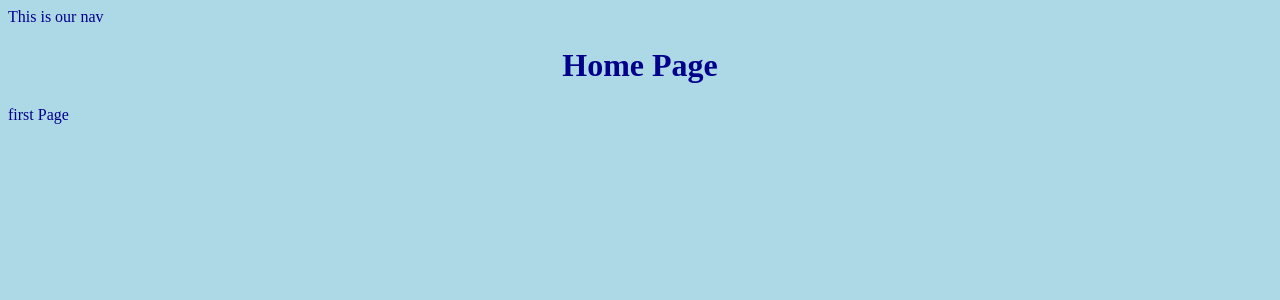
Repository: Trishna2005Das/Django-tutorial
Page: http://localhost/
These files come from the project's save history. The page is drawn as it stood at one moment and after the next save; the edit follows.
The browser window is 1280 px wide. The pictures show the whole page.
The page is served by the project's application, run on Django 5.2 (tutorial/manage.py). Other server files are loaded and not shown.

Above is the page before, as saved 2025-01-10 01:30:18.

### tutorial/templates/website/index.html
{% extends "layout.html" %}

{% block <title></title> %} Home Page {% endblock %}


{% block content %} <h1>Home Page</h1>first Page {% endblock %}

### tutorial/templates/layout.html
{% load static %}
<!DOCTYPE html>
<html lang="en">
<head>
    <meta charset="UTF-8">
    <meta name="viewport" content="width=device-width, initial-scale=1.0">
    <title>{% block title %}Default value{% endblock %}</title>
    <link rel="stylesheet" href="{% static 'style.css' %}">
</head>
<body>
    <nav>This is our nav</nav>
    {% block content %}{% endblock %}
</body>
</html>

### tutorial/tutorial/views.py
from django.http import HttpResponse
from django.shortcuts import render

def home(request):
    #return HttpResponse('Hello World!')
    return render(request, 'website/index.html')

def about(request):
    return HttpResponse('About')


def contact(request):
    return HttpResponse('Contact')

### tutorial/tutorial/urls.py
"""
URL configuration for tutorial project.

The `urlpatterns` list routes URLs to views. For more information please see:
    https://docs.djangoproject.com/en/5.1/topics/http/urls/
Examples:
Function views
    1. Add an import:  from my_app import views
    2. Add a URL to urlpatterns:  path('', views.home, name='home')
Class-based views
    1. Add an import:  from other_app.views import Home
    2. Add a URL to urlpatterns:  path('', Home.as_view(), name='home')
Including another URLconf
    1. Import the include() function: from django.urls import include, path
    2. Add a URL to urlpatterns:  path('blog/', include('blog.urls'))
"""
from django.contrib import admin
from django.urls import path,include
from . import views


urlpatterns = [
    path('admin/', admin.site.urls),
    path('', views.home, name='home'),
    path('about/', views.about, name='about'),
    path('contact/', views.contact, name='contact'),
    path('demo/', include('demo.urls')),
]

### tutorial/demo/urls.py
from django.contrib import admin
from django.urls import path
from . import views

urlpatterns = [
   path('', views.index, name='index'),
]

### tutorial/static/style.css
body{
    background-color: lightblue;
    color: darkblue;
}
h1{
    text-align: center;
}

After the next save:
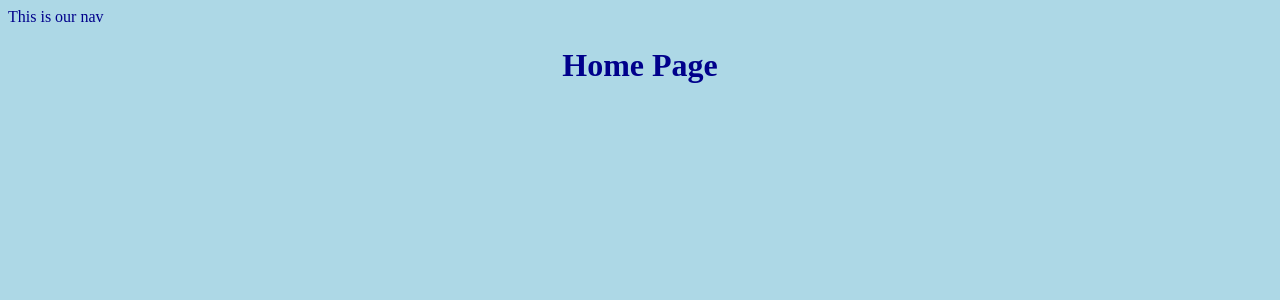
Saved 5 s later.
--- a/tutorial/templates/website/index.html
+++ b/tutorial/templates/website/index.html
@@ -3,4 +3,4 @@
 {% block <title></title> %} Home Page {% endblock %}
 
 
-{% block content %} <h1>Home Page</h1>first Page {% endblock %}
+{% block content %} <h1>Home Page</h1> {% endblock %}
